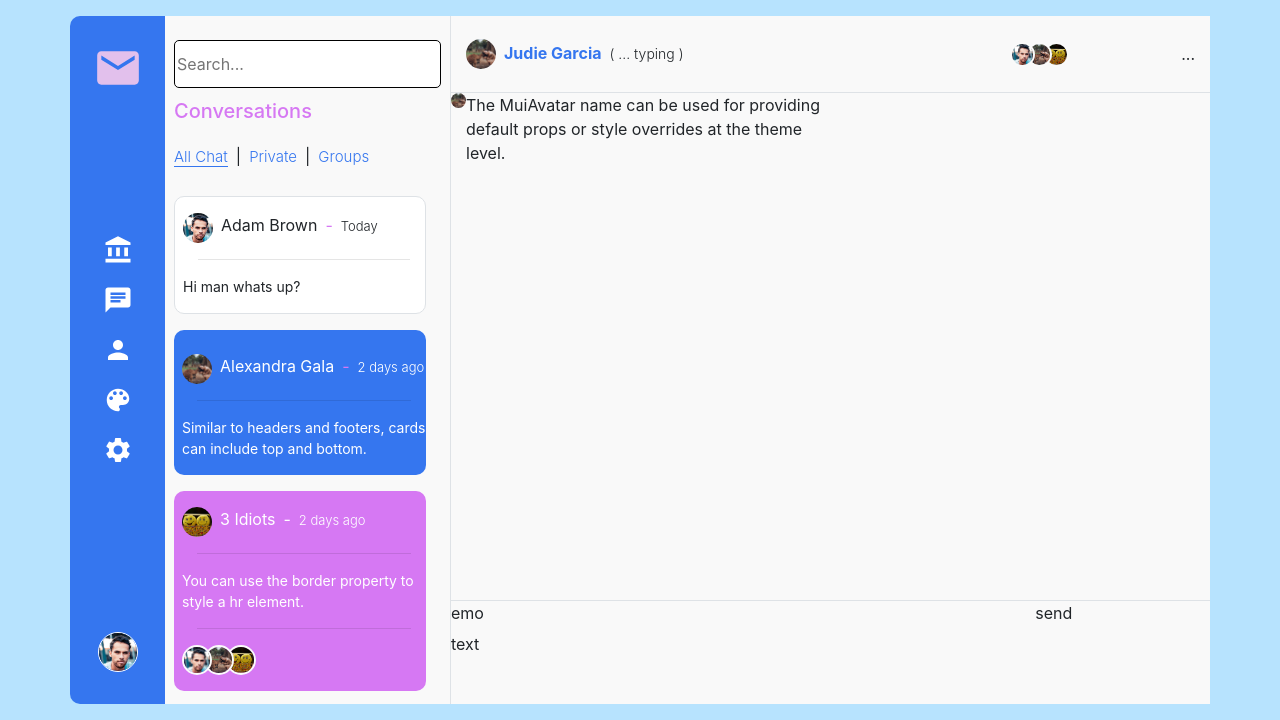
Repository: arafat877/super-chat
Page: /
An editor plug-in stored every save of this project. The page is shown before and after the next save, followed by the edit.
The browser window is 1280 px wide. The pictures show the whole page.
The project was rebuilt for these pictures with package versions that can differ from the ones it lists, and the page was loaded fresh each time.

Above is the page before, as saved 2020-08-07 01:57:58.

### public/index.html
<!DOCTYPE html>
<html lang="en">
  <head>
    <meta charset="utf-8" />
    <meta name="viewport" content="width=device-width, initial-scale=1" />
    <meta name="theme-color" content="#000000" />
    <meta
      name="description"
      content="Chat application with node.js, express, react.js, mongoDb and socket.io"
    />
    <link rel="stylesheet" href="styles.css" />
    <link
      rel="stylesheet"
      href="https://maxcdn.bootstrapcdn.com/bootstrap/4.5.0/css/bootstrap.min.css"
      integrity="sha384-9aIt2nRpC12Uk9gS9baDl411NQApFmC26EwAOH8WgZl5MYYxFfc+NcPb1dKGj7Sk"
      crossorigin="anonymous"
    />
    <link
      href="https://fonts.googleapis.com/css2?family=Roboto:wght@100;300;400;500;700;900&display=swap"
      rel="stylesheet"
    />

    <title>Super Chat</title>
  </head>
  <body>
    <noscript>You need to enable JavaScript to run this app.</noscript>
    <div id="root"></div>
  </body>
</html>

### src/App.js
import React from "react";
import "./App.scss";
import {
  Email,
  Chat,
  Person,
  Settings,
  Palette,
  AccountBalance,
} from "@material-ui/icons";

import { Avatar } from "@material-ui/core";
import { AvatarGroup } from "@material-ui/lab";

function App() {
  return (
    <div className="appContainer vh-100 d-flex">
      <div className="container mt-3 mb-3 appWrapper">
        <div className="row h-100">
          <div className="col-1 d-none d-sm-none d-md-block container h-100 firstCol">
            <div className="row logoRow justify-content-center">
              <Email className="m-auto logo" />
            </div>
            <div className="row menuRow">
              <ul className="menuList m-auto p-0">
                <li className="menuItem">
                  <AccountBalance className="menuItemIcon" />
                </li>
                <li className="menuItem">
                  <Chat className="menuItemIcon" />
                </li>
                <li className="menuItem">
                  <Person className="menuItemIcon" />
                </li>
                <li className="menuItem">
                  <Palette className="menuItemIcon" />
                </li>
                <li className="menuItem">
                  <Settings className="menuItemIcon" />
                </li>
              </ul>
            </div>
            <div className="row photoRow justify-content-center">
              <img
                className="m-auto profilePhoto"
                src={require("./assets/m1.jpeg")}
                alt="profile"
              />
            </div>
          </div>
          <div className="col-3 container h-100 secondCol p-4">
            <div className="row searchRow">
              <input className="searchInput" placeholder="Search..." />
            </div>
            <div className="row convRow mt-2">
              <span className="convSpan">Conversations</span>
            </div>
            <div className="row selectRow mb-1">
              <ul className="selectionList pl-0">
                <li
                  className="selectionListItem d-inline mr-2"
                  style={{ borderBottom: "solid 0.05px #3576ef" }}
                >
                  All Chat
                </li>
                |
                <li className="selectionListItem d-inline mr-2 ml-2">
                  Private
                </li>
                |
                <li className="selectionListItem d-inline mr-2 ml-2">Groups</li>
              </ul>
            </div>
            <div className="row groupsRow">
              <div className="container">
                <div className="row convCard pt-3 pb-3 pl-2 mt-3">
                  <div className="container">
                    <div className="row">
                      <img
                        className="userProfilePicture"
                        src={require("./assets/m1.jpeg")}
                        alt="User Profile"
                      />
                      <span className="userName ml-2">Adam Brown</span>
                      <span className="dash ml-2">-</span>
                      <span className="chatDate ml-2 mt-1">Today</span>
                    </div>
                    <hr></hr>
                    <div className="row">
                      <span className="text">Hi man whats up?</span>
                    </div>
                  </div>
                </div>

                <div className="row convCardHot pt-4 pb-3 pl-2 mt-3">
                  <div className="container">
                    <div className="row">
                      <img
                        className="userProfilePicture"
                        src={require("./assets/f1.jpeg")}
                        alt="User Profile"
                      />
                      <span className="userName ml-2">Alexandra Gala</span>
                      <span className="dash ml-2">-</span>
                      <span className="chatDate ml-2 mt-1">2 days ago</span>
                    </div>
                    <hr></hr>
                    <div className="row">
                      <span className="text">
                        Similar to headers and footers, cards can include top
                        and bottom.
                      </span>
                    </div>
                  </div>
                </div>

                <div className="row convCardGroup pt-3 pb-3 pl-2 mt-3">
                  <div className="container">
                    <div className="row">
                      <img
                        className="userProfilePicture"
                        src={require("./assets/g1.jpeg")}
                        alt="User Profile"
                      />
                      <span className="userName ml-2">3 Idiots</span>
                      <span className="dash ml-2">-</span>
                      <span className="chatDate ml-2 mt-1">2 days ago</span>
                    </div>
                    <hr></hr>
                    <div className="row">
                      <span className="text">
                        You can use the border property to style a hr element.
                      </span>
                    </div>
                    <hr></hr>
                    <div className="row">
                      <AvatarGroup max={3} className="mr-4">
                        <Avatar
                          alt="Remy Sharp"
                          className="avatar"
                          src={require("./assets/m1.jpeg")}
                        />
                        <Avatar
                          alt="Travis Howard"
                          className="avatar"
                          src={require("./assets/f1.jpeg")}
                        />
                        <Avatar
                          alt="Cindy Baker"
                          className="avatar"
                          src={require("./assets/g1.jpeg")}
                        />
                      </AvatarGroup>
                    </div>
                  </div>
                </div>
              </div>
            </div>
          </div>
          <div className="col-8 container h-100 thirdCol">
            <div className="row chatInfo">
              <div className="col-6 m-auto">
                <img
                  className="infoUserPicture"
                  src={require("./assets/f1.jpeg")}
                  alt="User Profile"
                />
                <span className="infoUserName ml-2">Judie Garcia</span>
                <span className="infoTyping ml-2">( ... typing )</span>
              </div>
              <div className="col-4 mt-auto mb-auto justify-content-right infoGroup">
                <AvatarGroup max={3} className="float-right">
                  <Avatar
                    alt="Remy Sharp"
                    className="avatar"
                    src={require("./assets/m1.jpeg")}
                  />
                  <Avatar
                    alt="Travis Howard"
                    className="avatar"
                    src={require("./assets/f1.jpeg")}
                  />
                  <Avatar
                    alt="Cindy Baker"
                    className="avatar"
                    src={require("./assets/g1.jpeg")}
                  />
                </AvatarGroup>
              </div>
              <div className="col-2 m-auto">
                <span className="float-right">...</span>
              </div>
            </div>
            <div className="row chatMessages">
              <div className="container">
                <div className="row messageRow">
                  <img
                    className="messageUserProfilePicture"
                    src={require("./assets/f1.jpeg")}
                    alt="User Profile"
                  />
                  <div className="text">
                    The MuiAvatar name can be used for providing default props
                    or style overrides at the theme level.
                  </div>
                </div>
              </div>
            </div>
            <div className="row chatInput">
              <div className="col-md-9 container">
                <div className="row inputEmoji">emo</div>
                <div className="row inputText">text</div>
              </div>
              <div className="col-md-3">send</div>
            </div>
          </div>
        </div>
      </div>
    </div>
  );
}

export default App;

### src/App.scss
.appContainer {
  background-color: #b7e3fe;

  .appWrapper {
    background-color: #3576ef;
    border-radius: 10px;

    .firstCol {
      .logoRow {
        height: 15%;

        .logo {
          font-size: 50px;
          color: rgb(226, 192, 236);
        }
      }
      .menuRow {
        height: 70%;

        .menuList {
          list-style: none;

          .menuItem {
            margin-bottom: 20px;

            .menuItemIcon {
              font-size: 30px;
              color: white;
            }
          }
        }
      }
      .photoRow {
        height: 15%;

        .profilePhoto {
          height: 40px;
          width: 40px;
          border: solid thin white;
          border-radius: 50%;
          object-fit: cover;
        }
      }
    }

    .secondCol {
      background-color: #f9f9f9;

      .searchRow {
        height: 7.5%;

        .searchInput {
          width: 100%;
          border: solid 0.5px;
          background-color: white;
          border-radius: 5px;

          &:focus {
            outline: none;
          }
        }
      }

      .convRow {
        height: 7.5%;

        .convSpan {
          font-weight: 500;
          font-size: 20px;
          color: rgb(214, 120, 243);
        }
      }
      .selectRow {
        height: 5%;

        .selectionList {
          list-style: none;

          .selectionListItem {
            font-weight: 300;
            font-size: 15px;
            color: #3576ef;
          }
        }
      }

      ::-webkit-scrollbar {
        width: 5px;
        height: 5px;
      }

      ::-webkit-scrollbar-track {
        background: white; /* color of the tracking area */
      }

      ::-webkit-scrollbar-thumb {
        background-color: #b5caf0; /* color of the scroll thumb */
        border-radius: 5px; /* roundness of the scroll thumb */
      }

      .groupsRow {
        height: 80%;
        overflow-y: scroll;

        .convCard {
          background-color: white;
          border: solid 0.5px #dee2e6;
          border-radius: 10px;
          margin-right: 0;

          .userProfilePicture {
            height: 30px;
            width: 30px;
            border-radius: 50%;
            object-fit: cover;
          }

          .userName {
            // color: white;
          }

          .dash {
            color: rgb(214, 120, 243);
          }

          .chatDate {
            // color: white;
            font-size: 13px;
            font-weight: 300;
          }

          .text {
            // color: white;
            font-size: 14px;
          }
        }

        .convCardHot {
          background-color: #3576ef;
          border-radius: 10px;
          margin-right: 0;

          .userProfilePicture {
            height: 30px;
            width: 30px;
            border-radius: 50%;
            object-fit: cover;
          }

          .userName {
            color: white;
          }

          .dash {
            color: rgb(214, 120, 243);
          }

          .chatDate {
            color: white;
            font-size: 13px;
            font-weight: 300;
          }

          .hr {
            border-color: rgb(214, 120, 243);
            margin-bottom: 5px;
          }

          .text {
            color: white;
            font-size: 14px;
          }
        }

        .convCardGroup {
          background-color: rgb(214, 120, 243);
          border-radius: 10px;
          margin-right: 0;

          .userProfilePicture {
            height: 30px;
            width: 30px;
            border-radius: 50%;
            object-fit: cover;
          }

          .userName {
            color: white;
          }

          .dash {
            color: white;
          }

          .chatDate {
            color: white;
            font-size: 13px;
            font-weight: 300;
          }

          .hr {
            border-color: rgb(214, 120, 243);
            margin-bottom: 5px;
          }

          .text {
            color: white;
            font-size: 14px;
          }

          .avatar {
            height: 30px;
            width: 30px;
          }
        }
      }
    }

    .thirdCol {
      background-color: #f9f9f9;
      border-left: solid thin #dee2e6;

      .chatInfo {
        height: 11.25%;
        border-bottom: solid thin #dee2e6;

        .infoUserPicture {
          height: 30px;
          width: 30px;
          border-radius: 50%;
          object-fit: cover;
        }

        .infoUserName {
          color: #3576ef;
          font-weight: 700;
        }

        .infoTyping {
          font-size: 14px;
          font-weight: 300;
        }

        .infoGroup {
          .avatar {
            height: 25px;
            width: 25px;
          }
        }
      }
      .chatMessages {
        height: 73.75%;
        border-bottom: solid thin #dee2e6;

        .messageRow {
          .messageUserProfilePicture {
            height: 15px;
            width: 15px;
            border-radius: 50%;
            object-fit: cover;
          }

          .text{
              width: 50%;
          }
        }
      }
      .chatInput {
        height: 15%;

        .inputEmoji {
          height: 30%;
        }
        .inputText {
          height: 70%;
        }
      }
    }
  }
}

Loaded but not shown: src/index.js (common file); public/styles.css (common file)

After the next save:
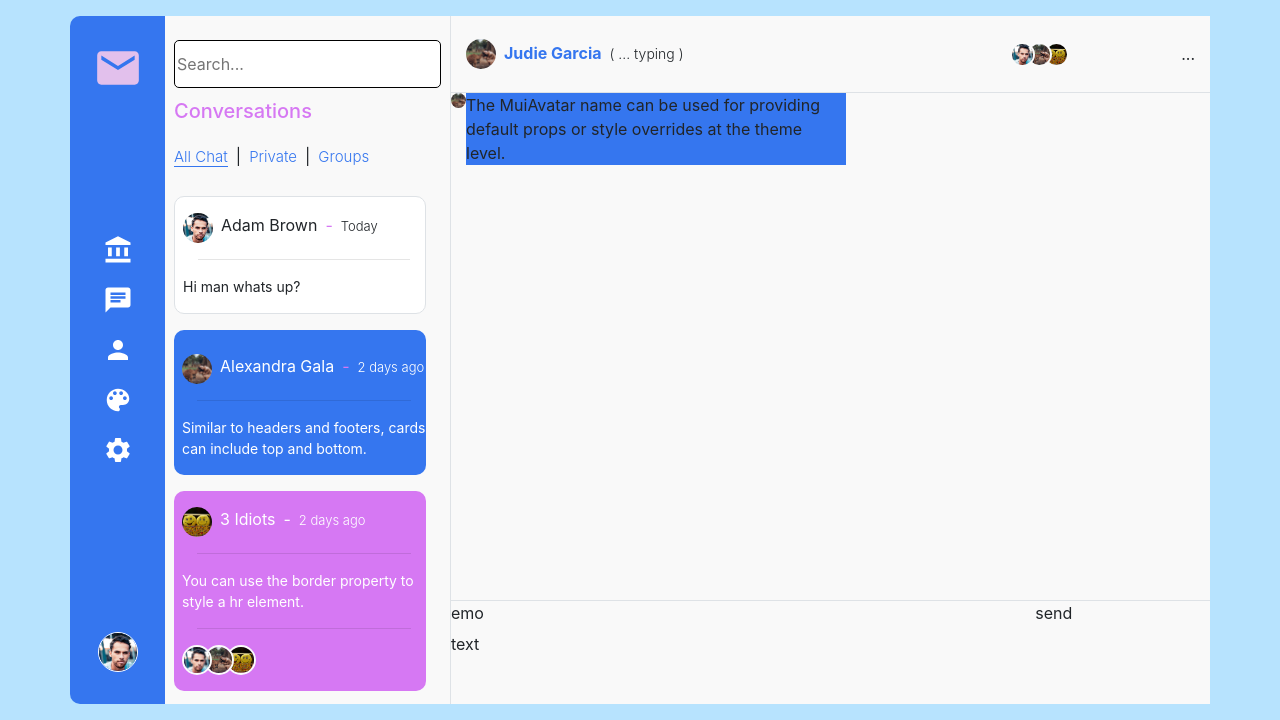
Saved 58 s later.
--- a/src/App.scss
+++ b/src/App.scss
@@ -261,6 +261,7 @@
           }
 
           .text{
+              background-color: #3576ef;
               width: 50%;
           }
         }

After the save that followed:
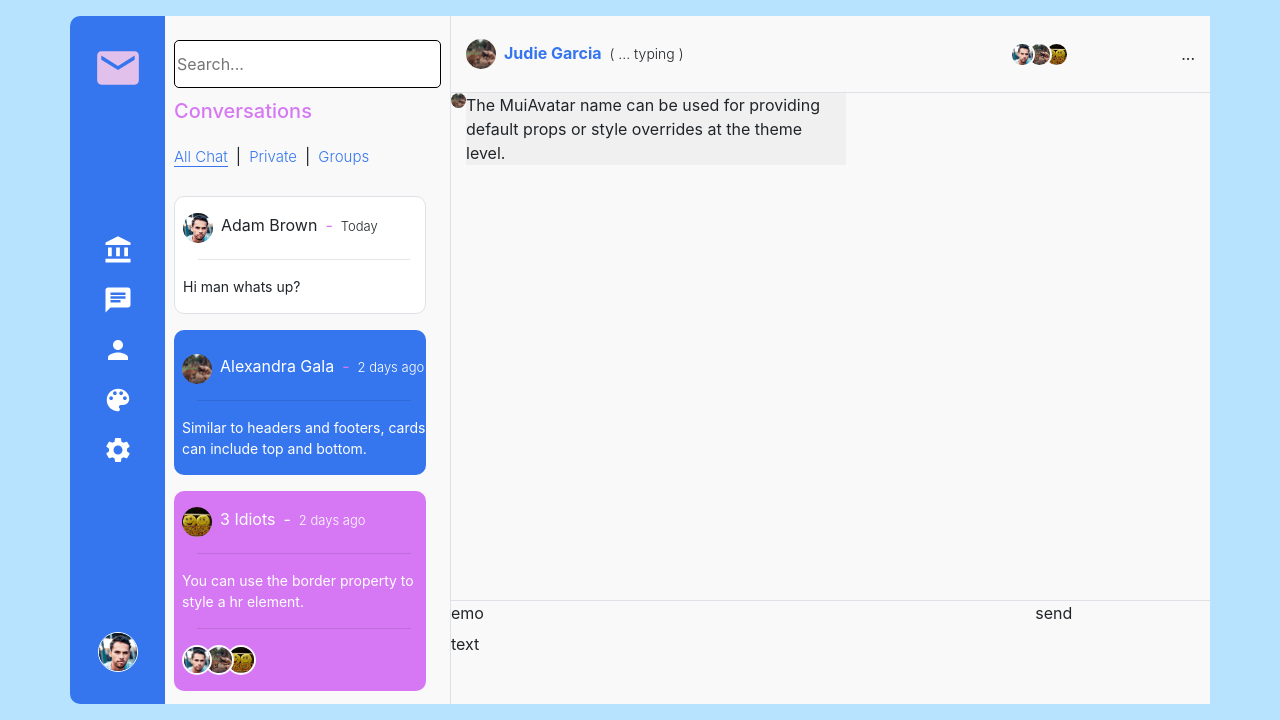
Saved 15 s later.
--- a/src/App.scss
+++ b/src/App.scss
@@ -261,7 +261,7 @@
           }
 
           .text{
-              background-color: #3576ef;
+              background-color: #f0f0f0;
               width: 50%;
           }
         }
